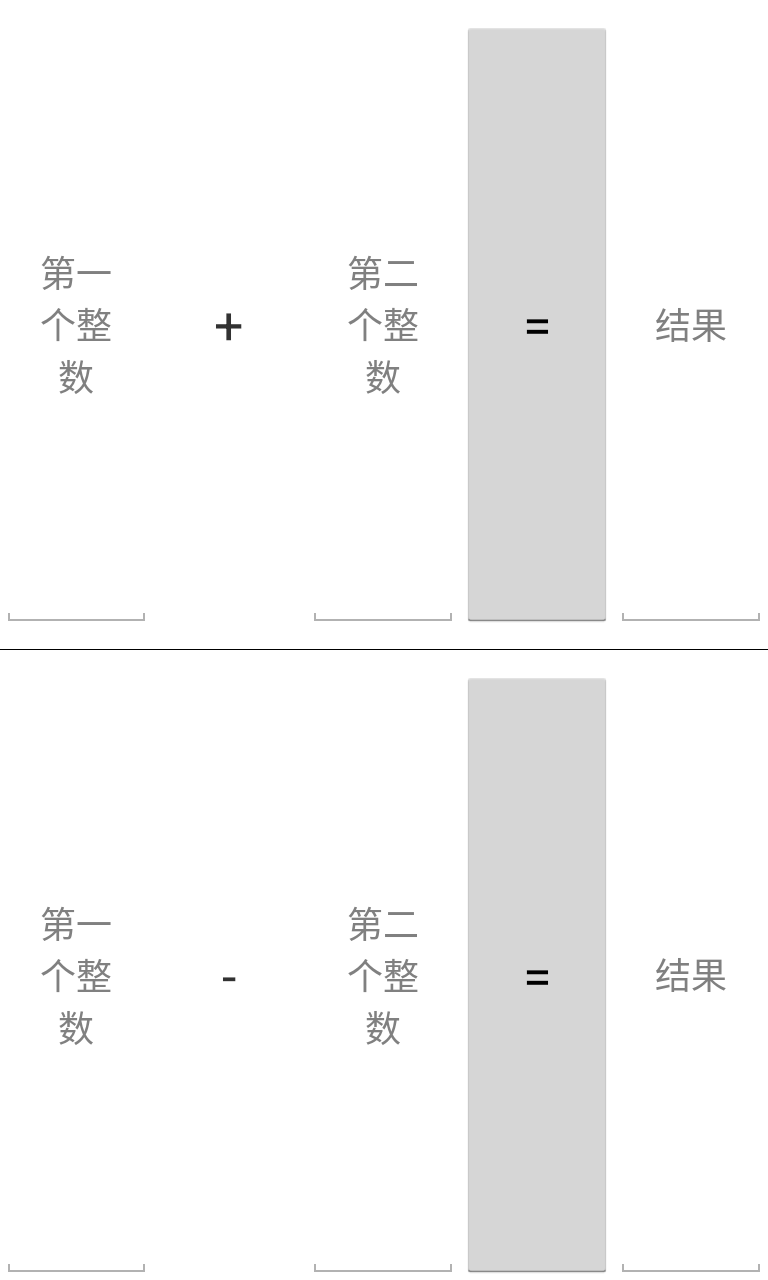
Repository: ouyangshengduo/Android_NDK_First
Layout: Android_NDK_Demo001/res/layout/activity_main.xml
An editor plug-in stored every save of this project. The layout is shown before and after the next save, followed by the edit.
It is drawn on a 768 x 1280 px phone screen (xhdpi) without system bars, with theme AppTheme; the app's code is not run.

Above is the layout before, as saved 2016-06-10 04:23:23.

### Android_NDK_Demo001/res/layout/activity_main.xml
<LinearLayout xmlns:android="http://schemas.android.com/apk/res/android"
    xmlns:tools="http://schemas.android.com/tools"
    android:layout_width="fill_parent"
    android:layout_height="fill_parent"
    android:orientation="vertical">

    <LinearLayout
        android:layout_height="0dp"
        android:layout_width="fill_parent"
        android:layout_weight="1"
        android:orientation="horizontal"
        android:layout_marginTop="10dp"
        android:layout_marginBottom="10dp">

        <EditText
            android:id="@+id/etAdd_A"
            android:layout_width="0dp"
            android:layout_height="fill_parent"
            android:layout_weight="1"
            android:hint="第一个整数"
            android:gravity="center"
            />
        <TextView
            android:layout_height="fill_parent"
            android:layout_width="0dp"
            android:layout_weight="1"
            android:layout_gravity="center"
            android:gravity="center"
            android:text="+"
            android:textSize="26sp"/>

        <EditText
            android:id="@+id/etAdd_B"
            android:layout_width="0dp"
            android:layout_height="fill_parent"
            android:layout_weight="1"
            android:hint="第二个整数"
            android:gravity="center"
            />
        <Button
            android:id="@+id/btn_Add"
            android:layout_height="fill_parent"
            android:layout_width="0dp"
            android:layout_weight="1"
            android:gravity="center"
            android:text="="
            android:textSize="26sp"/>

        <EditText
            android:id="@+id/etAddResult"
            android:layout_width="0dp"
            android:layout_height="fill_parent"
            android:layout_weight="1"
            android:hint="结果"
            android:gravity="center"
            />
    </LinearLayout>

    <View
        android:layout_width="match_parent"
        android:layout_height="0.5dp"
        android:background="@android:color/black" />
    <LinearLayout
        android:layout_height="0dp"
        android:layout_width="fill_parent"
        android:layout_marginTop="10dp"
        android:layout_weight="1"
        android:orientation="horizontal">

        <EditText
            android:id="@+id/etSub_A"
            android:layout_width="0dp"
            android:layout_height="fill_parent"
            android:layout_weight="1"
            android:hint="第一个整数"
            android:gravity="center"
            />
        <TextView
            android:layout_height="fill_parent"
            android:layout_width="0dp"
            android:layout_weight="1"
            android:layout_gravity="center"
            android:gravity="center"
            android:text="-"
            android:textSize="26sp"/>

        <EditText
            android:id="@+id/etSub_B"
            android:layout_width="0dp"
            android:layout_height="fill_parent"
            android:layout_weight="1"
            android:hint="第二个整数"
            android:gravity="center"
            />
        <Button
            android:id="@+id/btn_Sub"
            android:layout_height="fill_parent"
            android:layout_width="0dp"
            android:layout_weight="1"
            android:gravity="center"
            android:text="="
            android:textSize="26sp"/>

        <EditText
            android:id="@+id/etSubResult"
            android:layout_width="0dp"
            android:layout_height="fill_parent"
            android:layout_weight="1"
            android:hint="结果"
            android:gravity="center"
            />
    </LinearLayout>

</LinearLayout>

Loaded but not shown: Android_NDK_Demo001/res/values/styles.xml (common file); Android_NDK_Demo001/res/values-v11/styles.xml (common file); Android_NDK_Demo001/res/values-v14/styles.xml (common file)

After the next save:
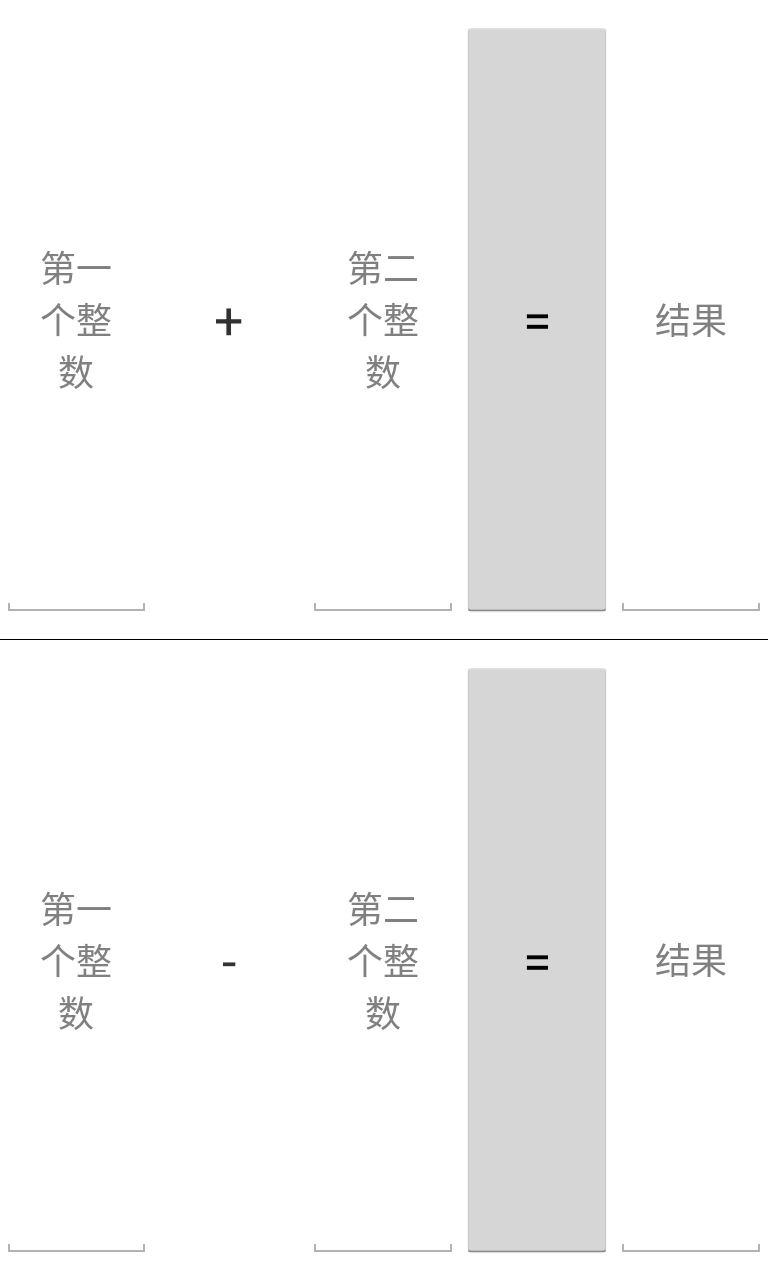
Saved 14 s later.
--- a/Android_NDK_Demo001/res/layout/activity_main.xml
+++ b/Android_NDK_Demo001/res/layout/activity_main.xml
@@ -64,6 +64,7 @@
         android:layout_height="0dp"
         android:layout_width="fill_parent"
         android:layout_marginTop="10dp"
+        android:layout_marginBottom="10dp"
         android:layout_weight="1"
         android:orientation="horizontal">
 
